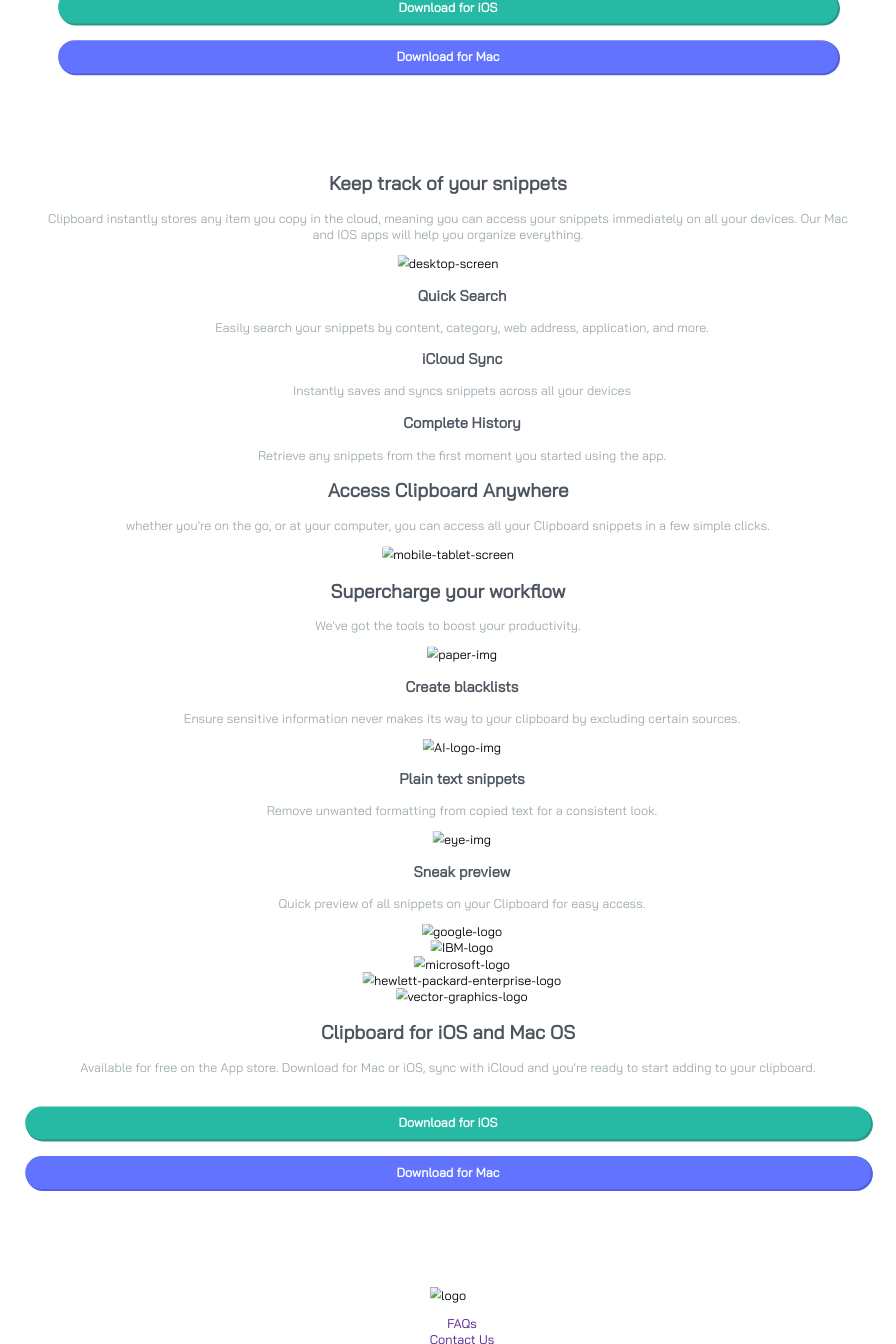
Repository: mikempho/Clipboard-landing-page
Page: index.html
The author's editor kept a copy of each file at every save. The page is drawn from the files as they stood at one save, then again after the next save.
The browser window is 1280 px wide. The pictures show the part of the page from y = 532 to 2452 px (the page is 2672 px tall before and 2706 px after), at 70% of full size.

Above is the page before, as saved 2022-04-11 11:09:49.

### index.html
<!DOCTYPE html>
<html lang="en">
  <head>
    <meta charset="UTF-8">
    <meta name="viewport" content="width=device-width, initial-scale=1.0"> <!-- displays site properly based on user's device -->

    <link rel="icon" type="image/png" sizes="32x32" href="./images/favicon-32x32.png">
    <link rel="stylesheet" href="/css/style.css">

    <title>Frontend Mentor | Clipboard landing page</title>

  </head>
  <body>
    <header class="header">
      <img class="logo" src="/images/logo.svg" alt="">
    </header>
    <main>
      <section class="hero">
        <h1>A history of <br> everything you copy</h1>
        <p>Clipboard allows you to track and organize everything you copy, instantly access your clipboard on all your devices.</p>
        <div class="buttons">
          <a class="iOS-btn" href="#">Download for iOS</a>
          <a class="mac-btn" href="#">Download for Mac</a>
        </div>
      </section>
      <section class="section-1">
        <h2>Keep track of your snippets</h2>
        <p>Clipboard instantly stores any item you copy in the cloud, meaning you can access your snippets immediately on all your devices. Our Mac and IOS apps will help you organize everything.</p>
        <div class="features">
          <img class="feature-img" src="" alt="desktop-screen">
          <ul class="list-of-features">
            <li>
              <h3>Quick Search</h3>
              <p>Easily search your snippets by content, category, web address, application, and more.</p>
            </li>
            <li>
              <h3>iCloud Sync</h3>
              <p>Instantly saves and syncs snippets across all your devices</p>
            </li>
            <li>
              <h3>Complete History</h3>
              <p>Retrieve any snippets from the first moment you started using the app.</p>
            </li>
          </ul>
        </div>
      </section>
      <section class="section-2">
        <h2>Access Clipboard Anywhere</h2>
        <p>whether you're on the go, or at your computer, you can access all your Clipboard snippets in a few simple clicks.</p>
        <img class="mobile-tablet-screen" src="" alt="mobile-tablet-screen">
      </section>
      <section class="section-3">
        <h2>Supercharge your workflow</h2>
        <p>We've got the tools to boost your productivity.</p>
        <div>
          <ul class="list-of-features">
            <li>
              <img src="" alt="paper-img">
              <h3>Create blacklists</h3>
              <p>Ensure sensitive information never makes its way to your clipboard by excluding certain sources.</p>
            </li>
            <li>
              <img src="" alt="AI-logo-img">
              <h3>Plain text snippets</h3>
              <p>Remove unwanted formatting from copied text for a consistent look.</p>
            </li>
            <li>
              <img src="" alt="eye-img">
              <h3>Sneak preview</h3>
              <p>Quick preview of all snippets on your Clipboard for easy access.</p>
            </li>
          </ul>
        </div>
      </section>
      <section class="section-4">
        <ul class="company-logos">
          <li><img src="" alt="google-logo"></li>
          <li><img src="" alt="IBM-logo"></li>
          <li><img src="" alt="microsoft-logo"></li>
          <li><img src="" alt="hewlett-packard-enterprise-logo"></li>
          <li><img src="" alt="vector-graphics-logo"></li>
        </ul>
      </section>
      <section class="section-5">
        <h2>Clipboard for iOS and Mac OS</h2>
        <p>Available for free on the App store. Download for Mac or iOS, sync with iCloud and you're ready to start adding to your clipboard.</p>
        <div class="buttons">
          <a class="iOS-btn" href="">Download for iOS</a>
          <a class="mac-btn" href="">Download for Mac</a>
        </div>
      </section>
    </main>

    <footer>
      <div class="footer">
        <img src="" alt="logo">
        <ul class="footer-menu">
          <li><a href="">FAQs</a></li>
          <li><a href="">Contact Us</a></li>
          <li><a href="">Privacy Policy</a></li>
          <li><a href="">Press Kit</a></li>
          <li><a href="">Install Guide</a></li>
        </ul>
        <ul class="social-links">
          <li><a href=""></a>facebook-logo</li>
          <li><a href=""></a>twitter-logo</li>
          <li><a href=""></a>Instagram-logo</li>
        </ul>
      </div>
      <p class="attribution">
        Challenge by <a href="https://www.frontendmentor.io?ref=challenge" target="_blank">Frontend Mentor</a>.
        Coded by <a href="#">Mike Matseane</a>.
      </p>
    </footer>
  </body>
</html>

### css/style.css
/* Universal styling */
body {
    margin: 0;
    padding: 0;
    text-align: center;
    Font-size: 18px;
    font-family: Bai-Jamjuree;
}

* {
    list-style: none;
    text-decoration: none;
}

:root {
    /* Primary colors */
    --Strong-Cyan: hsl(171, 66%, 44%);
    --Light-Blue: hsl(233, 100%, 69%);
    /* Neutral colors */
    --Dark-Grayish-Blue: hsl(210, 10%, 33%);
    --Grayish-Blue: hsl(201, 11%, 66%);
    /* Spacing */
    --container-padding: 0 4%;
}

@font-face {
    font-family: Bai-Jamjuree;
    src: url(/Assets/Fonts/Bai_Jamjuree/BaiJamjuree-Regular.ttf);
}

h1, h2, h3{
    color: var(--Dark-Grayish-Blue);
}

p {
    color: var(--Grayish-Blue);
}

/* header section */

.header {
    background-image: url(/images/bg-header-mobile.png);
    background-repeat: no-repeat;
    background-size: cover;
}

.logo {
    margin: 8rem 0 5rem 0;
}

/* hero section */
.hero {
    padding: var(--container-padding);
}

.buttons{
    margin-top: 2rem;
    margin-bottom: 8rem;
}
.buttons a {
    display: inline-block;
    padding: 12px 15px;
    width: 92%;
    margin: 12px 0;
    color: white;
    border-radius: 50px;
    font-weight: 600;
}

.iOS-btn {
    background-color: var(--Strong-Cyan);
    box-shadow: 2px 2px 0px 1px rgba(17, 140, 122, 0.9);

}

.mac-btn {
    background-color: var(--Light-Blue);
    box-shadow: 2px 2px 0px 1px rgba(37, 58, 216, 0.81);

}

/* Section-1 */

.section-1 {
    padding: var(--container-padding);
}

After the next save:
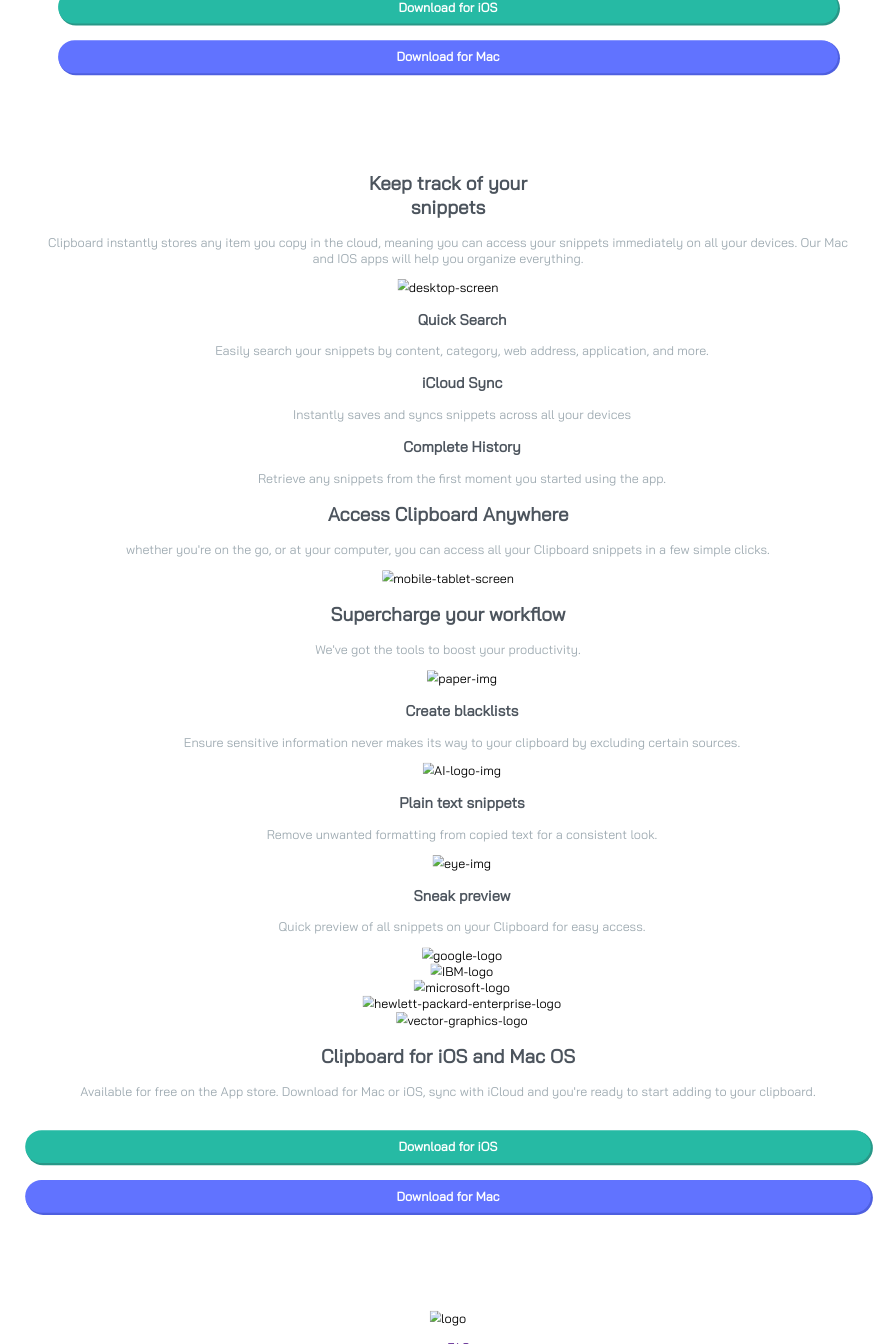
Saved 76 s later.
--- a/index.html
+++ b/index.html
@@ -24,7 +24,7 @@
         </div>
       </section>
       <section class="section-1">
-        <h2>Keep track of your snippets</h2>
+        <h2>Keep track of your <br> snippets</h2>
         <p>Clipboard instantly stores any item you copy in the cloud, meaning you can access your snippets immediately on all your devices. Our Mac and IOS apps will help you organize everything.</p>
         <div class="features">
           <img class="feature-img" src="" alt="desktop-screen">
